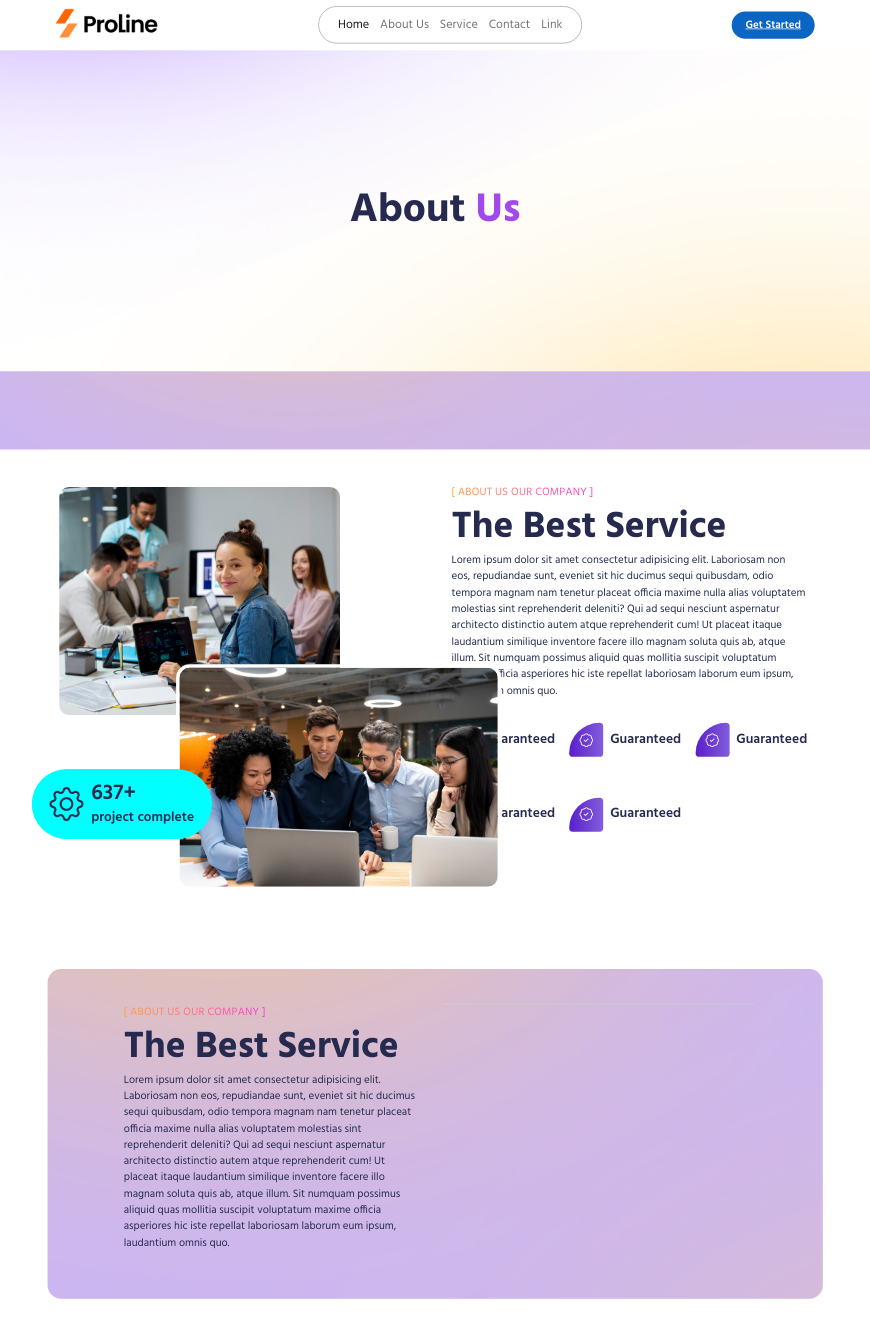
Repository: tagnam/corporate
Page: aboutus.html
The author's editor kept a copy of each file at every save. The page is drawn from the files as they stood at one save, then again after the next save.
The browser window is 1280 px wide. The pictures show the whole page, at 68% of full size.

Above is the page before, as saved 2025-02-15 12:12:37.

After the next save:
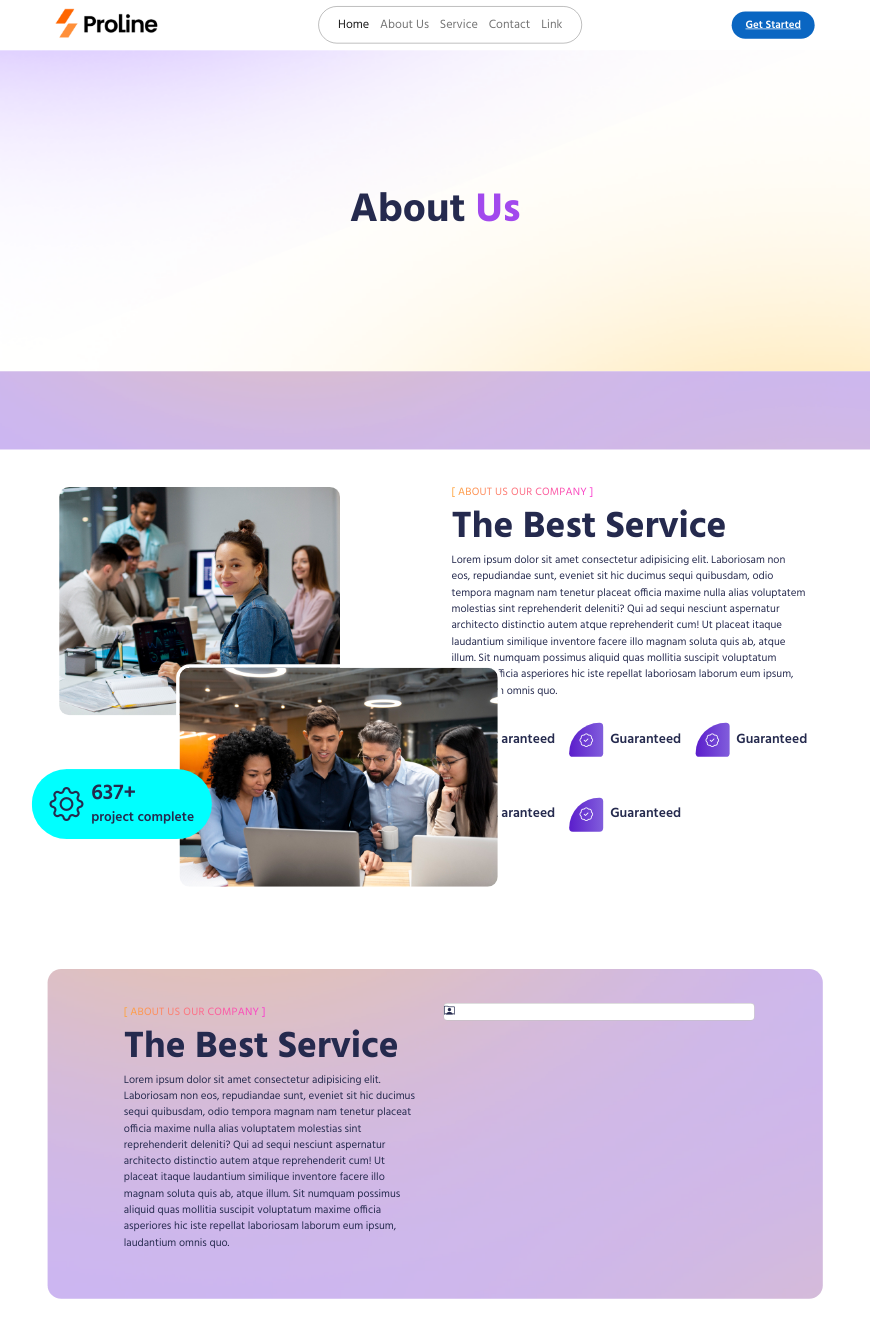
Saved 112 s later.
--- a/aboutus.html
+++ b/aboutus.html
@@ -204,7 +204,9 @@
                                     <div class="mission-card">
                                         <div class="card">
                                             <div class="col-md-2">
-                                                <div class="mission-icon"></div>
+                                                <div class="mission-icon">
+                                                    <i class="bi bi-person-rolodex"></i>
+                                                </div>
                                             </div>
                                             <div class="col-md-9">
                                                 <div class="mission-content"></div>
